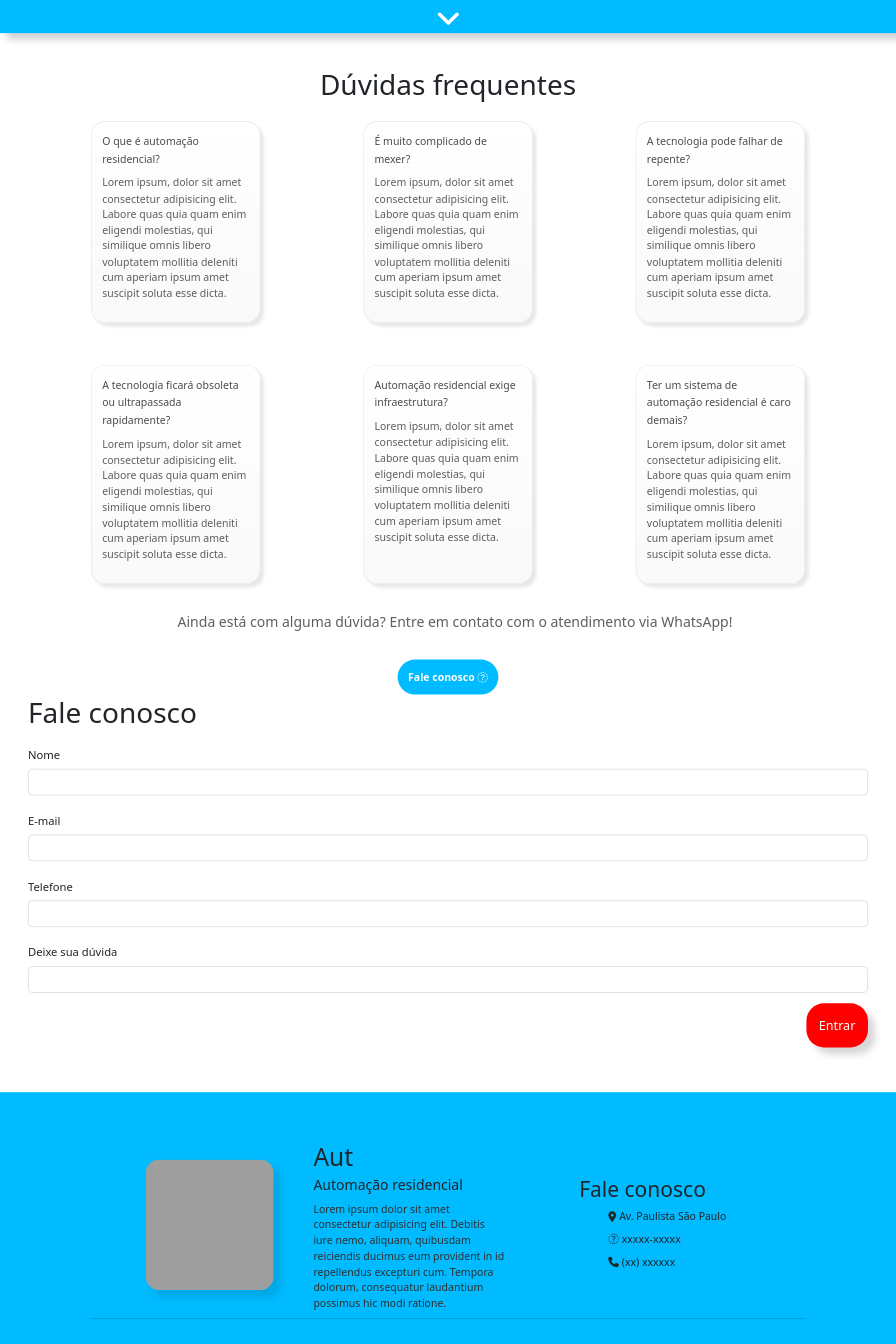
Repository: BulleST/SouHi_Institucional
Page: home.html
These files come from the project's save history. The page is drawn as it stood at one moment and after the next save; the edit follows.
The browser window is 1280 px wide. The pictures show the part of the page from y = 1636 to 3556 px (the page is 3556 px tall before and 3520 px after), at 70% of full size.
Pictures or frames that could not be fetched are drawn as grey boxes.

Above is the page before, as saved 2022-10-27 17:00:03.

### home.html
<!DOCTYPE html>
<html lang="pt-br">

<head>
  <meta charset="UTF-8">
  <meta http-equiv="X-UA-Compatible" content="IE=edge">
  <meta name="viewport" content="width=device-width, initial-scale=1.0">
  <title>SouHi - Soluções Automatizadas</title>

  <script src="https://code.jquery.com/jquery-3.6.1.js" integrity="sha256-3zlB5s2uwoUzrXK3BT7AX3FyvojsraNFxCc2vC/7pNI="
    crossorigin="anonymous"></script>


    <!-- Bootstrap -->
<link href="https://cdn.jsdelivr.net/npm/bootstrap@5.2.2/dist/css/bootstrap.min.css" rel="stylesheet" integrity="sha384-Zenh87qX5JnK2Jl0vWa8Ck2rdkQ2Bzep5IDxbcnCeuOxjzrPF/et3URy9Bv1WTRi" crossorigin="anonymous">
<script src="https://cdn.jsdelivr.net/npm/bootstrap@5.2.2/dist/js/bootstrap.bundle.min.js" integrity="sha384-OERcA2EqjJCMA+/3y+gxIOqMEjwtxJY7qPCqsdltbNJuaOe923+mo//f6V8Qbsw3" crossorigin="anonymous"></script>
  <!-- Fontawesome -->
  <link rel="stylesheet" href="https://cdnjs.cloudflare.com/ajax/libs/font-awesome/6.2.0/css/all.min.css"
    integrity="sha512-xh6O/CkQoPOWDdYTDqeRdPCVd1SpvCA9XXcUnZS2FmJNp1coAFzvtCN9BmamE+4aHK8yyUHUSCcJHgXloTyT2A=="
    crossorigin="anonymous" referrerpolicy="no-referrer" />
  <script src="https://cdnjs.cloudflare.com/ajax/libs/font-awesome/6.2.0/js/all.min.js"
    integrity="sha512-naukR7I+Nk6gp7p5TMA4ycgfxaZBJ7MO5iC3Fp6ySQyKFHOGfpkSZkYVWV5R7u7cfAicxanwYQ5D1e17EfJcMA=="
    crossorigin="anonymous" referrerpolicy="no-referrer"></script>

  <!-- Slick Carousel -->
  <link rel="stylesheet" type="text/css" href="https://cdn.jsdelivr.net/npm/slick-carousel@1.8.1/slick/slick.css" />
  <script type="text/javascript" src="https://cdn.jsdelivr.net/npm/slick-carousel@1.8.1/slick/slick.min.js"></script>

  <!-- AOS -->
  <link rel="stylesheet" href="https://unpkg.com/aos@next/dist/aos.css">
  <script src="https://unpkg.com/aos@next/dist/aos.js"></script>

  <link rel="stylesheet" href="style.css">
  <script src="script.js" defer></script>

</head>

<body>
  <header>
    <div class="header-container bg-on" id="header">
      <div class="header-position">
        <div class="flex-item-image">
          <img src="img/logo_claro.png" alt="Logo Souhi">
        </div>
        <div class="flex-item-rotas">
          <nav class="rotas">
            <ul>
            <li> <a class="header__navigation-link" href="#home">Home</a></li>
              <li><a class="header__navigation-link" href="#quem-somos">Quem somos</a></li>
              <li><a class="header__navigation-link" href="#produtos">Ofertas</a></li>
              <li><a class="header__navigation-link" href="#duvidas">FAQ</a></li>
              <li><a class="header__navigation-link" href="#contatos">Contatos</a></li>
            </ul>
          </nav>
        </div>
        <div class="flex-item-contato">
          <a href="" class="btn-fale-conosco">Fale conosco!</a>
        </div>
      </div>
    </div>
  </header>


  <section>
    <section class="carrossel" id="inicio">
      <button class="btn-scroll-down">
        <i class="fas fa-chevron-down"></i>
      </button>
      <div class="slider">
        <div class=" first-item">
          <div class="slider__item-inner slider__item d-flex first-item-inner">
            <div class="slider__item-content first-content">
              <h3>Lorem Ipsum</h3>
              <hr>
              <p>Lorem ipsum dolor, sit amet consectetur adipisicing elit. Beatae fugiat voluptas consequatur voluptate perspiciatis aspernatur voluptates dolores inventore vero incidunt officia, modi dolorum. </p>
              <p class="my-2">Conheça nossos produtos!</p>
              <button class="btn btn-confira">Confira</button>
            </div>
            <div class="slider__item-image first-image">
              <img src="./img/house.png" alt="">
            </div>
          </div>
        </div>
        <div class="  second-item">

          <div class=" d-flex slider__item  second-item-inner">

            <div class="second-contain">
              <div class=" second-image">

                <img src="img/ic_launcher.png" alt="" >
                <img src="./img/phone.png" alt="">

              </div>
            <div class=" second-content">
              <h3>Lorem Ipsum</h3>

              <p>Lorem ipsum dolor, sit amet consectetur adipisicing elit.  </p>
              <a href="" class="btn-fale-conosco">Fale conosco!</a>

            </div>

          </div>

          </div>
        </div>
        <div class="  third-item">
          <div class=" d-flex slider__item  third-item-inner">
            <div class="third-contain">
              <div class=" third-image">
                <img src="img/smart-house-8.png" alt="" >
              </div>
            <div class=" third-content">
              <h3>Lorem Ipsum Ipsum</h3>
              <p>Lorem ipsum dolor, sit amet consectetur adipisicing elit. Lorem ipsum dolor, sit amet consectetur adipisicing elit. orem ipsum dolor, sit amet consectetur adipisicing elit. </p>
              <a href="" class="btn-fale-conosco mt-2">Fale conosco!</a>
            </div>
          </div>
          </div>
        </div>
        </div>
      </div>
    </section>

    <div class="bg">
      <div class="container wrapper">
        <section class="quem-somos" id="quem-somos">
          <img src="img/teste.jpg" alt="" class="imagem" data-aos="fade-right">
          <div class="texto" data-aos="fade-left">

            <h1>Quem somos</h1>
            <p>Lorem ipsum, dolor sit amet consectetur adipisicing elit. Iure, obcaecati alias magni reiciendis non ipsa
              asperiores deserunt quibusdam quasi ut odit, quaerat ex eum fugit pariatur rerum eius vitae maiores?</p>

            <button class="btn">Saiba mais <span> <i class="fa-solid fa-angles-right"></i></span></button>
          </div>
        </section>
        <div class="beneficios">
          <div class="card card-1" data-aos="fade-up">
            <div class="card-texto">
              <span> <i class="fa-solid fa-dollar-sign icone-card"></i></span>
              <h1>Economia</h1>
              <p>Lorem, ipsum dolor sit amet consectetur adipisicing elit. Saepe placeat repellat magni est praesentium
                quaerat aspernatur incidunt sint, quisquam voluptates aut fugiat vel dolorum maxime alias autem, sunt
                quae amet!</p>
            </div>
          </div>
          <div class="card card-2" data-aos="fade-up">
            <div class="card-texto">
              <span> <i class="fa-solid fa-shield icone-card"></i></span>
              <h1>Segurança</h1>
              <p>Lorem, ipsum dolor sit amet consectetur adipisicing elit. Saepe placeat repellat magni est praesentium
                quaerat aspernatur incidunt sint, quisquam voluptates aut fugiat vel dolorum maxime alias autem, sunt
                quae amet!</p>
            </div>
          </div>
          <div class="card card-3" data-aos="fade-up">
            <div class="card-texto">
              <span> <i class="fa-solid fa-check icone-card"></i></span>
              <h1>Conveniência</h1>
              <p>Lorem, ipsum dolor sit amet consectetur adipisicing elit. Saepe placeat repellat magni est praesentium
                quaerat aspernatur incidunt sint, quisquam voluptates aut fugiat vel dolorum maxime alias autem, sunt
                quae amet!</p>
            </div>
          </div>
          <div class="card card-4" data-aos="fade-up">
            <div class="card-texto">
              <span> <i class="fa-solid fa-couch icone-card"></i></span>
              <h1>Conforto</h1>
              <p>Lorem, ipsum dolor sit amet consectetur adipisicing elit. Saepe placeat repellat magni est praesentium
                quaerat aspernatur incidunt sint, quisquam voluptates aut fugiat vel dolorum maxime alias autem, sunt
                quae amet!</p>
            </div>
          </div>
        </div>
      </div>


      <div class="produtos-fechado" id="produtos">
        <div class="produtos-texto">
          <h1>O que você quer automatizar?</h1>
          <p>Lorem ipsum dolor sit, amet consectetur adipisicing elit. Explicabo odit eveniet molestiae reiciendis ab
            odio ipsum labore! Culpa optio consectetur, laboriosam quia enim vitae consequuntur tempora id in quos
            ipsum!</p>

          <span class="pra"><i class="fa-solid fa-angle-down down" id="show-or-hide"></i></span>
        </div>

      </div>
      <!-- <div class="produtos-aberto">
        <div class=" sessao  mySwiper container">
          <div class="swiper-wrapper content">

            <div class="swiper-slide card">
              <div class="card-content">

                <div class="image">
                  <img src="https://source.unsplash.com/random/250x250" alt="" class="eseu">

                </div>
              </div>
            </div>

            <div class="swiper-slide card">
              <div class="card-content">

                <div class="image">
                  <img src="https://source.unsplash.com/random/250x250" alt="" class="eseu">
                </div>
              </div>
            </div>

            <div class="swiper-slide card">

              <div class="card-content">

                <div class="image">
                  <img src="https://source.unsplash.com/random/250x250" alt="" class="eseu">
                </div>
              </div>
            </div>

            <div class="swiper-slide card">
              <div class="card-content">


                <div class="image">

                  <img src="https://source.unsplash.com/random/250x250" alt="" class="eseu">
                </div>
              </div>
            </div>
          </div>
        </div>
        <div class="swiper-button-next"></div>
        <div class="swiper-button-prev"></div>
        <div class="swiper-paggination"></div>
      </div> -->
    </div>






    <div class="wrapper">
      <div class="duvidas" id="duvidas">
        <h1>Dúvidas frequentes</h1>
        <div class="duvida-card">
          <div class="grupo1">
            <div class="duvida s1 " data-aos="fade-up">
              <span>
                <fa-icon [icon]="['fas', 'question-circle']" class="duvidas-icones"></fa-icon>
                <h2>O que é automação residencial?</h2>
              </span>
              <p>Lorem ipsum, dolor sit amet consectetur adipisicing elit. Labore quas quia quam enim eligendi
                molestias, qui similique omnis libero voluptatem mollitia deleniti cum aperiam ipsum amet suscipit
                soluta esse dicta.</p>
            </div>
            <div class="duvida s2 " data-aos="fade-up">
              <span>
                <fa-icon [icon]="['fas', 'question-circle']" class="duvidas-icones"></fa-icon>
                <h2>É muito complicado de mexer?</h2>
              </span>

              <p>Lorem ipsum, dolor sit amet consectetur adipisicing elit. Labore quas quia quam enim eligendi
                molestias, qui similique omnis libero voluptatem mollitia deleniti cum aperiam ipsum amet suscipit
                soluta esse dicta.</p>
            </div>
            <div class="duvida s3 " data-aos="fade-up">
              <span>
                <fa-icon [icon]="['fas', 'question-circle']" class="duvidas-icones"></fa-icon>
                <h2>A tecnologia pode falhar de repente?</h2>
              </span>

              <p>Lorem ipsum, dolor sit amet consectetur adipisicing elit. Labore quas quia quam enim eligendi
                molestias, qui similique omnis libero voluptatem mollitia deleniti cum aperiam ipsum amet suscipit
                soluta esse dicta.</p>
            </div>
          </div>
          <div class="grupo2">


            <div class="duvida s4 " data-aos="fade-up">
              <span>
                <fa-icon [icon]="['fas', 'question-circle']" class="duvidas-icones"></fa-icon>
                <h2>A tecnologia ficará obsoleta ou ultrapassada rapidamente?</h2>
              </span>

              <p>Lorem ipsum, dolor sit amet consectetur adipisicing elit. Labore quas quia quam enim eligendi
                molestias, qui similique omnis libero voluptatem mollitia deleniti cum aperiam ipsum amet suscipit
                soluta esse dicta.</p>


            </div>
            <div class="duvida s5 " data-aos="fade-up">
              <span>
                <fa-icon [icon]="['fas', 'question-circle']" class="duvidas-icones"></fa-icon>
                <h2>Automação residencial exige infraestrutura?</h2>
              </span>

              <p>Lorem ipsum, dolor sit amet consectetur adipisicing elit. Labore quas quia quam enim eligendi
                molestias, qui similique omnis libero voluptatem mollitia deleniti cum aperiam ipsum amet suscipit
                soluta esse dicta.</p>
            </div>
            <div class="duvida s6 " data-aos="fade-up">
              <span>
                <fa-icon [icon]="['fas', 'question-circle']" class="duvidas-icones"></fa-icon>
                <h2>Ter um sistema de automação residencial é caro demais?</h2>
              </span>

              <p>Lorem ipsum, dolor sit amet consectetur adipisicing elit. Labore quas quia quam enim eligendi
                molestias, qui similique omnis libero voluptatem mollitia deleniti cum aperiam ipsum amet suscipit
                soluta esse dicta.</p>
            </div>
          </div>
        </div>
        <div class="duvidas-link">
          <p>Ainda está com alguma dúvida? Entre em contato com o atendimento via WhatsApp!</p>
          <a href="">Fale conosco <i class='fa fa-whatsapp'></i></a>

        </div>
      </div>
    </div>
    <div class="wrapper">
    <div class="fale-conosco">
      <h1>Fale conosco</h1>
      <form action="">
        <div action="" class="form-group mt-4">
          <label for="" class="form-label">Nome</label>
          <input type="text" class="form-control" required>
        </div>
        <div action="" class="form-group mt-4">
          <label for="" class="form-label">E-mail</label>
          <input type="text" class="form-control" required>
        </div>
        <div action="" class="form-group mt-4">
          <label for="" class="form-label">Telefone</label>
          <input type="text" class="form-control">
        </div>
        <div action="" class="form-group mt-4">
          <label for="" class="form-label">Deixe sua dúvida</label>
          <input type="textarea" class="form-control">
        </div>
        <div class="form-group d-flex justify-content-end ">
          <button type="submit" class="btn botao-fale-conosco">Entrar</button>
        </div>



      </form>
    </div>
  </div>

    </div>


 <div class="link-top link-on" ><a href="#inicio">


  <i class="fa-solid fa-angle-up"></i></a></div>
  </section>

  <section class="footer">

    </div>
    <div class="footer-position">
      <div class="finalizacao">
        <img src="img/pexels-liza-summer-6347719.jpg" alt="" class="footer-img">
        <div class="texto">
          <h1>Aut</h1>
          <h2>Automação residencial</h2>
          <p>Lorem ipsum dolor sit amet consectetur adipisicing elit. Debitis iure nemo, aliquam, quibusdam reiciendis
            ducimus eum provident in id repellendus excepturi cum. Tempora dolorum, consequatur laudantium possimus hic
            modi ratione.</p>
        </div>
      </div>
      <div class="contato">
        <div class="contato-texto">
          <h2>Fale conosco</h2>

          <ul>
            <li><i class="fa-solid fa-location-dot"></i> Av. Paulista São Paulo </li>
            <li><i class='fa fa-whatsapp'></i> xxxxx-xxxxx</li>
            <li><i class="fa-solid fa-phone"></i> (xx) xxxxxx</li>
          </ul>
        </div>
      </div>

    </div>

  </section>

</body>


<script>




</script>

</html>

Loaded but not shown: script.js (75 lines, source omitted); style.css (1127 lines, source omitted)

After the next save:
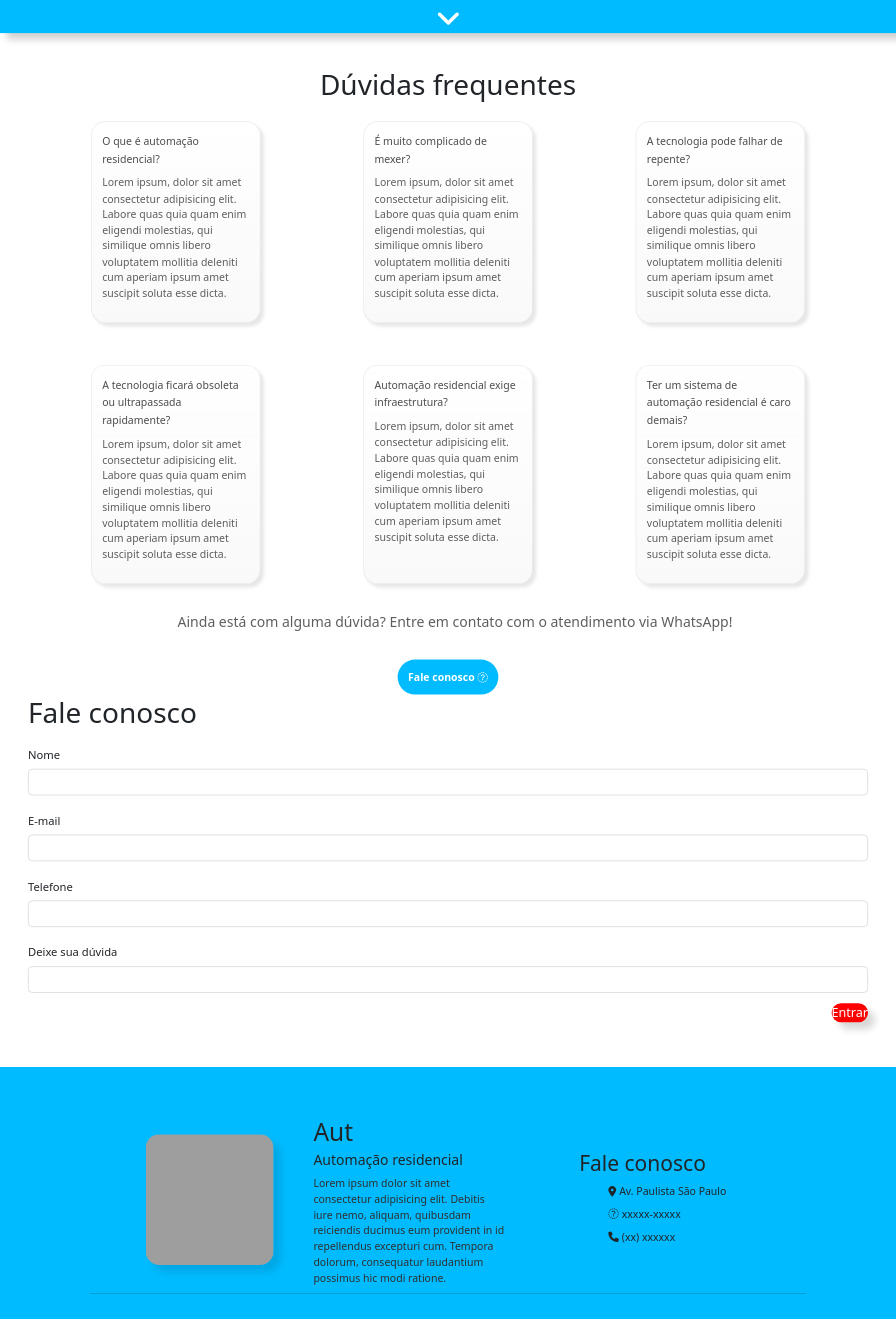
Saved 10 s later.
--- a/home.html
+++ b/home.html
@@ -343,7 +343,7 @@
           <input type="textarea" class="form-control">
         </div>
         <div class="form-group d-flex justify-content-end ">
-          <button type="submit" class="btn botao-fale-conosco">Entrar</button>
+          <button type="submit" class=" botao-fale-conosco">Entrar</button>
         </div>
 
 
